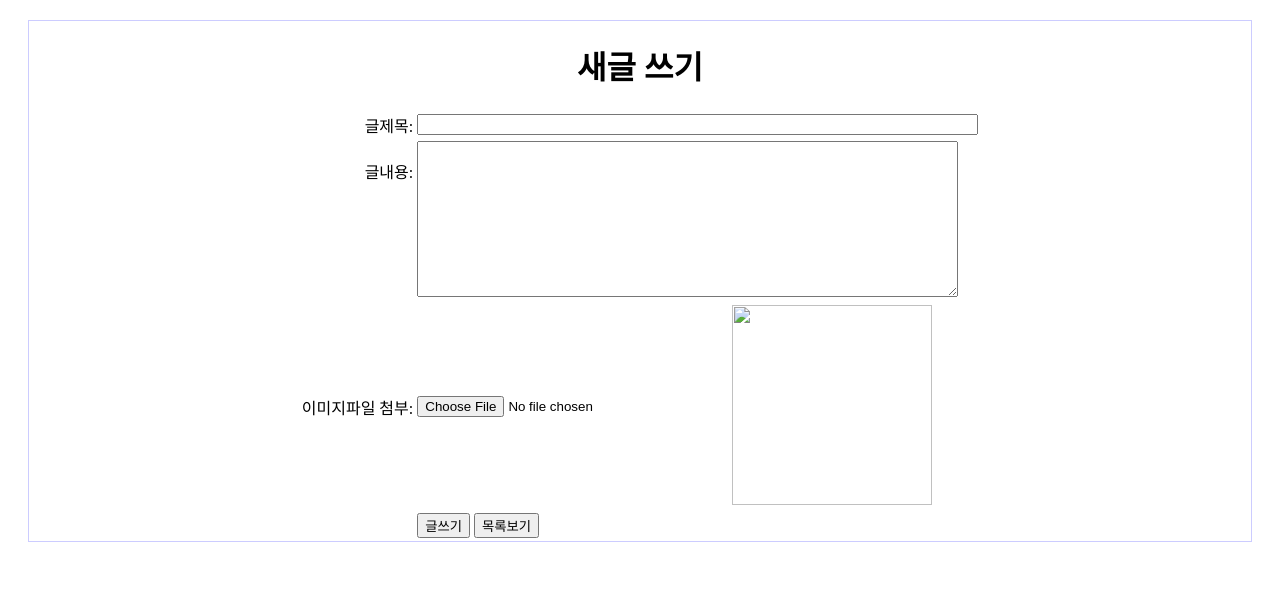
Repository: kimfunn/AI-Platform-
Page: workplace(0518)/13_Shop/WebContent/html/boardWrite.html
An editor plug-in stored every save of this project. The page is shown before and after the next save, followed by the edit.
The browser window is 1280 px wide. The pictures show the whole page.

Above is the page before, as saved 2021-06-25 00:29:35.

### workplace(0518)/13_Shop/WebContent/html/boardWrite.html
<!DOCTYPE html>
<html>
<head>
<meta charset="UTF-8">
 <title>새글 쓰기 창</title>
 	<script  src="http://code.jquery.com/jquery-latest.min.js"></script>
	<script type="text/javascript">
	   function readURL(input) {
	      if (input.files && input.files[0]) {
		      var reader = new FileReader();
		      reader.onload = function (e) {
		        $('#preview').attr('src', e.target.result);
	          }
	         reader.readAsDataURL(input.files[0]);
	      }
	  }

	</script>
</head>
<body>
<div style="border:1px solid #ccccff; margin:20px; padding-botton:200px">
<h1 style="text-align:center">새글 쓰기</h1>
  <form name="articleForm" method="post"   action="../main" enctype="application/x-www-form-urlencoded">

  	<input type="hidden" name="sign" value="addArticle.do" >
    <table border="0" align="center">
     <tr>
	   <td align="right">글제목: </td>
	   <td colspan="2"><input type="text" size="67"  maxlength="500" name="title" /></td>
	 </tr>
	 <tr>
		<td align="right" valign="top"><br>글내용: </td>
		<td colspan=2><textarea name="content" rows="10" cols="65" maxlength="4000"></textarea> </td>
     </tr>
     <tr>
        <td align="right">이미지파일 첨부:  </td>
	     <td> <input type="file" name="imageFileName"  onchange="readURL(this);" /></td>
         <td><img  id="preview" src="#"   width=200 height=200/></td>
	 </tr>
	 <tr>
	    <td align="right"> </td>
	    <td colspan="2">
	       <input type="submit" value="글쓰기" />
	       <input type=button value="목록보기"onClick="window.history.back()" />
	    </td>
     </tr>
    </table>

  </form>
  </div>
</body>
</html>

After the next save:
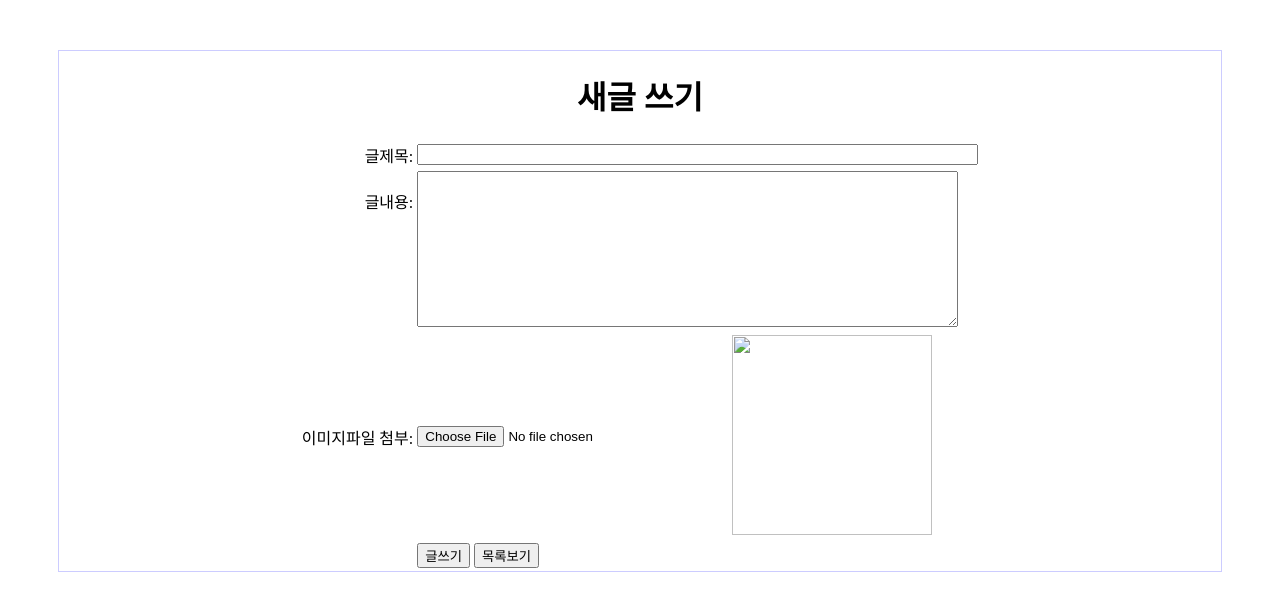
Saved 20 s later.
--- a/workplace(0518)/13_Shop/WebContent/html/boardWrite.html
+++ b/workplace(0518)/13_Shop/WebContent/html/boardWrite.html
@@ -18,7 +18,7 @@
 	</script>
 </head>
 <body>
-<div style="border:1px solid #ccccff; margin:20px; padding-botton:200px">
+<div style="border:1px solid #ccccff; margin:50px; padding-botton:200px">
 <h1 style="text-align:center">새글 쓰기</h1>
   <form name="articleForm" method="post"   action="../main" enctype="application/x-www-form-urlencoded">
 
